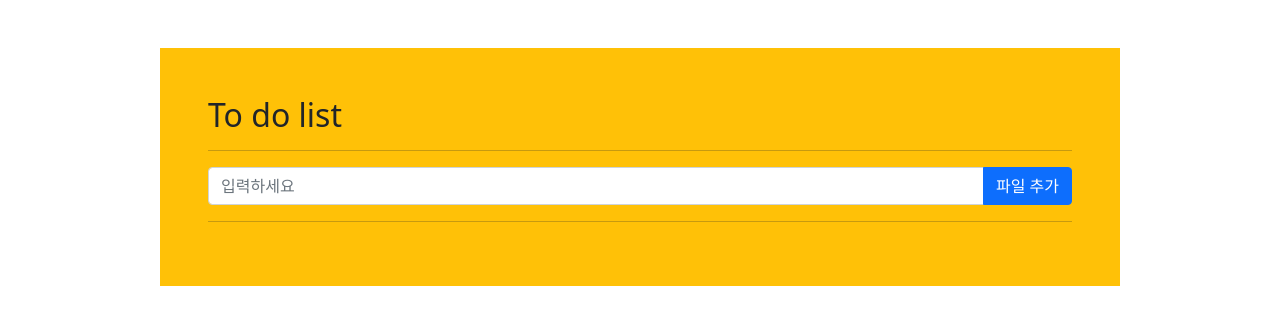
Repository: Hwater00/JSP-practice
Page: javaWorkspace/jwbook/src/main/webapp/ch03/todoapp.html
These files come from the project's save history. The page is drawn as it stood at one moment and after the next save; the edit follows.
The browser window is 1280 px wide. The pictures show the whole page.

Above is the page before, as saved 2023-07-27 00:51:24.

### javaWorkspace/jwbook/src/main/webapp/ch03/todoapp.html
<!DOCTYPE html>
<html>
<head>
<meta charset="UTF-8">
<link href="https://cdn.jsdelivr.net/npm/bootstrap@5.0.2/dist/css/bootstrap.min.css" rel="stylesheet" integrity="sha384-EVSTQN3/azprG1Anm3QDgpJLIm9Nao0Yz1ztcQTwFspd3yD65VohhpuuCOmLASjC" crossorigin="anonymous">
<title>Insert title here</title>
</head>
<body>
	<div class="container bg-warning show mx-auto mt-5 p-5 w-75">
		<div>
			<h2>To do list</h2>
			<hr>
			<div class="input-group">
				<input id="item" class="form-control" type="text" placeholder="입력하세요">
				<button type="button" class="btn btn-primary" onclick="addTime()">파일 추가</button>
			</div>

		</div>
		<hr>
		<ul id="todolist" class="liat-group"></ul>
		</div>

</body>
</html>

After the next save:
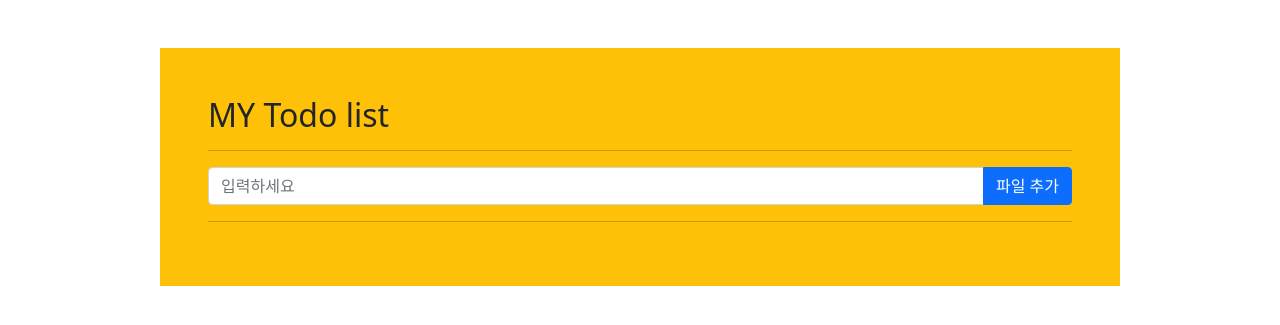
Saved 2 min 59 s later.
--- a/javaWorkspace/jwbook/src/main/webapp/ch03/todoapp.html
+++ b/javaWorkspace/jwbook/src/main/webapp/ch03/todoapp.html
@@ -6,9 +6,17 @@
 <title>Insert title here</title>
 </head>
 <body>
+		<script>
+		function additem(){
+			let todo = document.getElementById("item");
+			let list = document.getElementById("todolist");
+			let listitem = document.createElement("11")
+		}
+	</script>
+
 	<div class="container bg-warning show mx-auto mt-5 p-5 w-75">
 		<div>
-			<h2>To do list</h2>
+			<h2>MY Todo list</h2>
 			<hr>
 			<div class="input-group">
 				<input id="item" class="form-control" type="text" placeholder="입력하세요">
